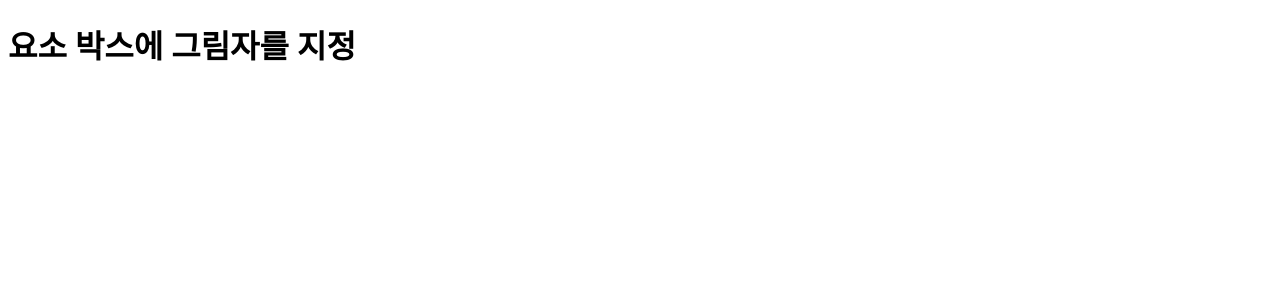
Repository: cussip/SuperHands
Page: WebExam/src/main/webapp/css/border/box-shadow.html
An editor plug-in stored every save of this project. The page is shown before and after the next save, followed by the edit.
The browser window is 1280 px wide. The pictures show the whole page.

Above is the page before, as saved 2022-02-01 07:17:24.

### WebExam/src/main/webapp/css/border/box-shadow.html
<!DOCTYPE html>
<html>
<head>
	<meta charset="UTF-8">
	<title>box-shadow.html</title>
	<style>
		div {
			padding: 20px;
			margin: 20px;
			width: 100px;
			height: 60px;
			float: left;
		}
	</style>
</head>
<body>
	<h1>요소 박스에 그림자를 지정</h1>
	<div class="inset">

	</div>
	<div class="outset">

	</div>
	<div class="blur">

	</div>
	<div class="spread">

	</div>
</body>
</html>

After the next save:
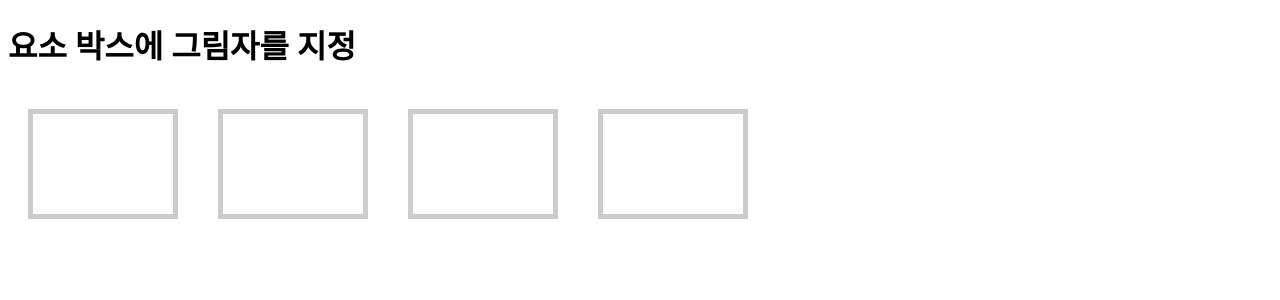
Saved 26 s later.
--- a/WebExam/src/main/webapp/css/border/box-shadow.html
+++ b/WebExam/src/main/webapp/css/border/box-shadow.html
@@ -10,6 +10,8 @@
 			width: 100px;
 			height: 60px;
 			float: left;
+			font-weight: bold;
+			border: 5px solid #CCC;
 		}
 	</style>
 </head>
